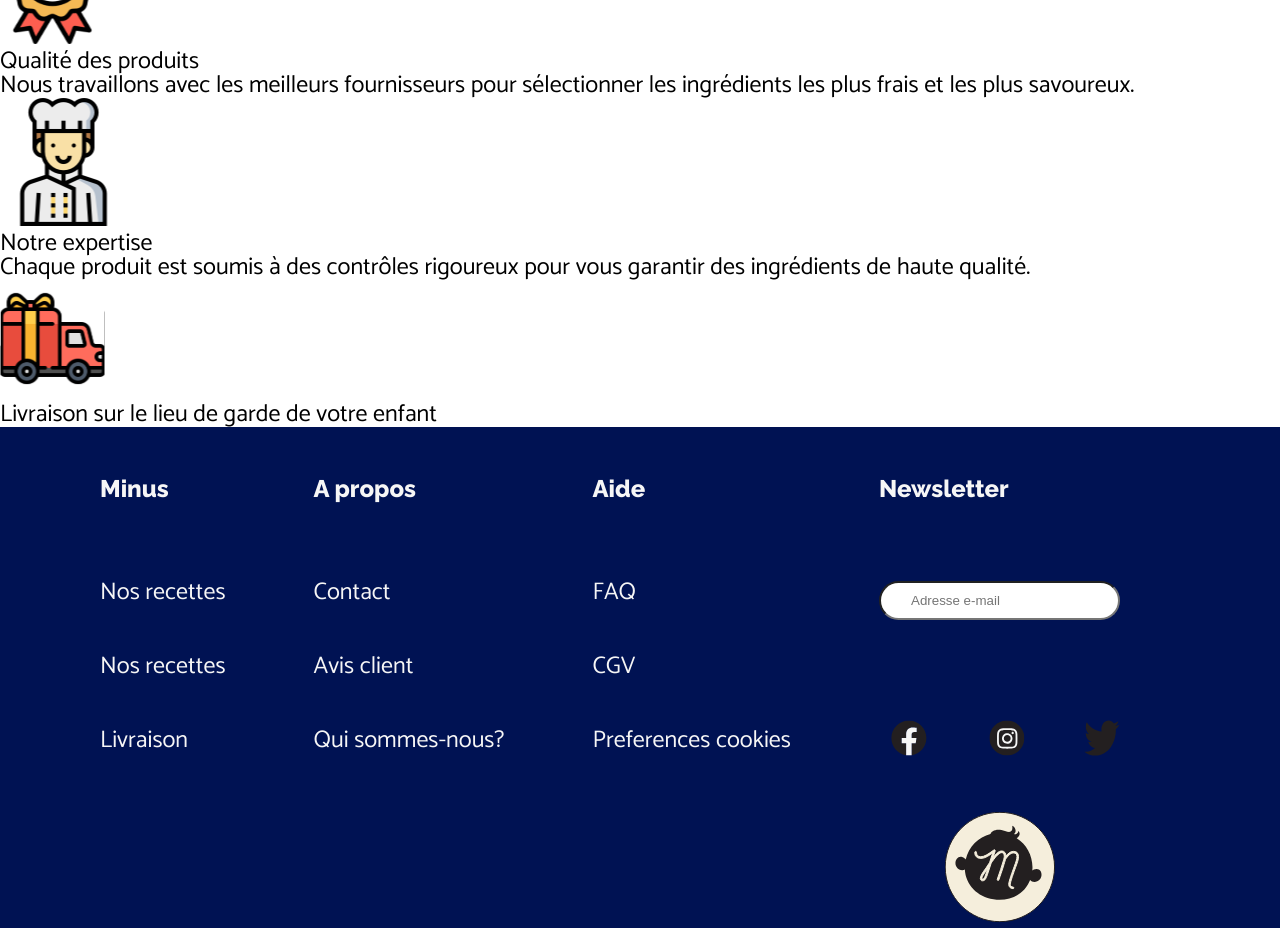
Repository: minus-team7/minus_team7
Page: minus_homepage.html
An editor plug-in stored every save of this project. The page is shown before and after a run of saves, followed by the edit.
The browser window is 1280 px wide. The pictures show the part of the page from y = 403 to 1355 px (the page is 1331 px tall before and 1355 px after).
A picture or video elsewhere on the page could not be fetched, so the positions and the page height are approximate.

Above is the page before, as saved 2023-02-12 22:15:26.

### minus_homepage.html
<!DOCTYPE html>
<html lang="en">
<head>
    <meta charset="UTF-8">
    <meta http-equiv="X-UA-Compatible" content="IE=edge">
    <meta name="viewport" content="width=device-width, initial-scale=1.0">
    <link rel="preconnect" href="https://fonts.googleapis.com">
    <link rel="preconnect" href="https://fonts.gstatic.com" crossorigin>
    <link href="https://fonts.googleapis.com/css2?family=Catamaran:wght@100;200;300;400;500;700&family=Raleway:ital,wght@0,100;0,400;0,600;0,800;1,100&display=swap" rel="stylesheet">
    <link rel="stylesheet" href="reset.css">
    <link rel="stylesheet" href="minus_homepage.css">
    <title>Document</title>

</head>
<body>

    <div class="box">
        <img src="/assets/homepage_boxminus.svg" alt="homepage_boxminus">
    </div>

    <div class="bouton">
        <a href="#">Nos engagements</a>
    </div>
    <section class="nos-engagements">
        <div class="engagement">
            <img src="/assets/engagement_icone_qualite_produits.svg" alt="engagement_icone_qualite_produits">
            <h2>Qualité des produits</h2>
            <p>Nous travaillons avec les meilleurs fournisseurs pour sélectionner les ingrédients les plus frais et les plus savoureux.</p>
        </div>
        <div class="engagement">
            <img src="/assets/icone_notreexpertise_chef.svg" alt="icone_notreexpertise_chef">
            <h2>Notre expertise</h2>
            <p>Chaque produit est soumis à des contrôles rigoureux pour vous garantir des ingrédients de haute qualité.</p>
        </div>
        <div class="engagement">
            <img src="/assets/icone_livraison_camion.svg" alt="icone_livraison_camion">
            <h2>Livraison sur le lieu de garde de votre enfant</h2>
        </div>






    </section>

    <!-- footer  -->
    <div class="footer">
        <ul>
            <li class="titre-footer">Minus</li>
            <li><a href="#"> Nos recettes</a></li>
            <li><a href="#"> Nos recettes</a></li>
            <li><a href="#"> Livraison</a></li>
        </ul>
        <ul>
            <li class="titre-footer">A propos</li>
            <li><a href="#"> Contact</a></li>
            <li><a href="#"> Avis client</a></li>
            <li><a href="#"> Qui sommes-nous?</a></li>
        </ul>
        <ul>
            <li class="titre-footer">Aide</li>
            <li><a href="#"> FAQ</a></li>
            <li><a href="#"> CGV</a></li>
            <li><a href="#"> Preferences cookies</a></li>
        </ul>
        <ul>
            <li class="titre-footer">Newsletter</li>
            <li>
                <input class="newsletter" type="text" placeholder="Adresse e-mail">
            </li>
            <li>
                <ul class="reseaux-sociaux">
                    <li><a href="#"><img src="/assets/logo_facebook.svg" alt="fb"></a></li>
                    <li><a href="#"><img src="/assets/logo_instagram.svg" alt="insta"></a></li>
                    <li><a href="#"><img src="/assets/logo_twitter.svg" alt="twitter"></a></li>
                </ul>
            </li>
            <li class="logo-minus-footer"><a href="#"> <img src="/assets/Logo_minus_rondtête.svg" alt="logo-minus-footer"></a></li>

        </ul>


    </div>
</body>
</html>

### minus_homepage.css
/* footerr */
body{
    font-family: 'catamaran',sans-serif;
    font-size: 24px;


}

.footer{

    display: flex;
    flex-direction: row;
    justify-content: space-between;
    background-color:  #001253;
    color: #f6f6f6;
    padding: 0 100px;
    flex-wrap: wrap;
}

.footer ul{
    list-style-type: none;
    margin-right: 60px;

}

.footer ul li{
    margin-top: 50px;
}
.footer a{
    text-decoration: none;
    color: #f6f6f6;
}
.footer a:hover{
    text-decoration:underline;
    color: #E14D2A;
}
.titre-footer{
    font-weight: bold;
    margin-bottom: 80px;
    font-family: 'raleway',sans-serif;

}
.newsletter{
    padding: 10px 30px;
    border-radius: 20px
}
.reseaux-sociaux{
    width: 100%;
    display: flex;
    flex-direction: row;
    justify-content: space-between;
}
.logo-minus-footer{
    display: flex;
    justify-content: center;
}

Loaded but not shown: reset.css (common file)

After the next 8 saves:
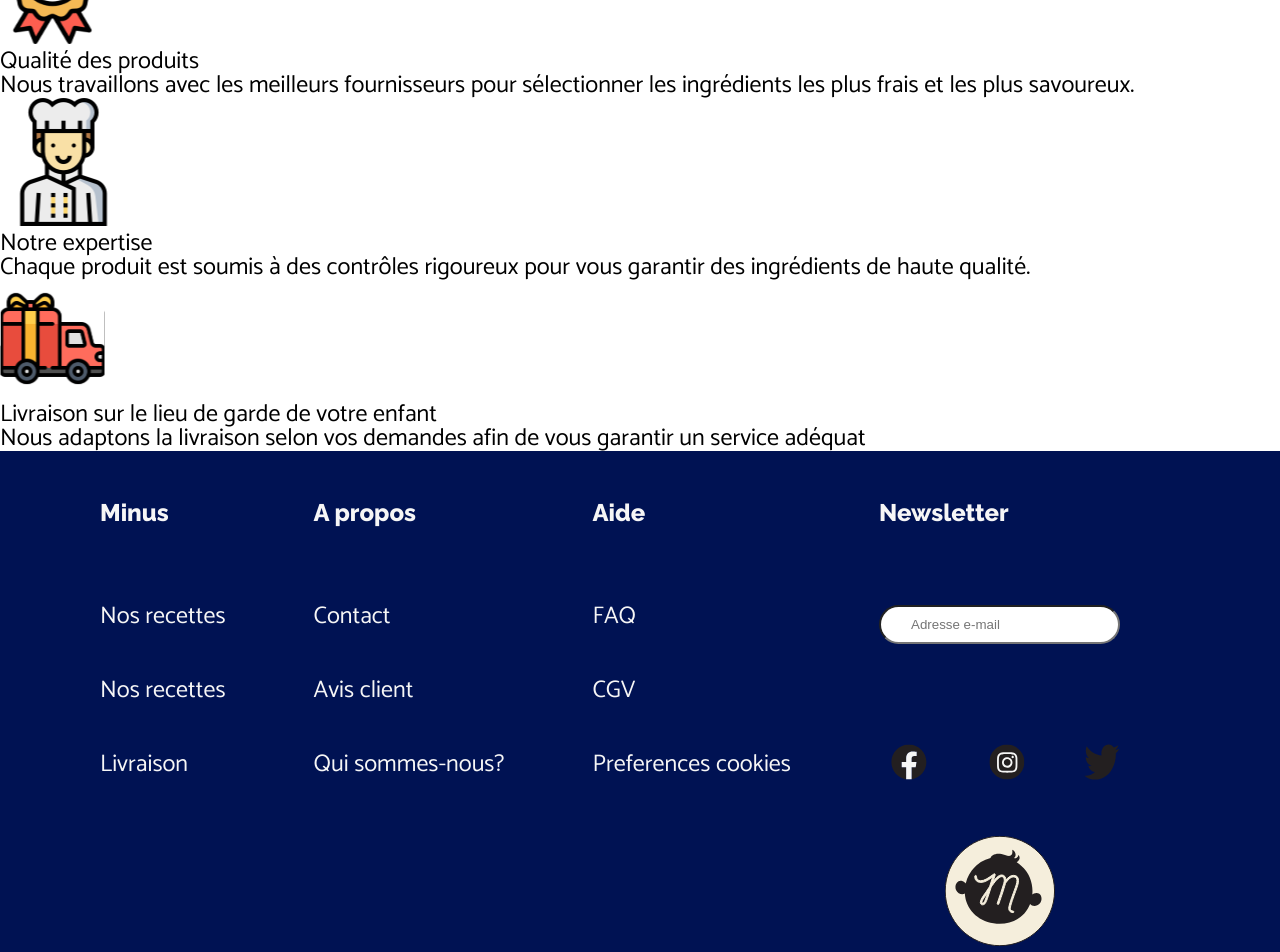
The 8 saves are shown as one change because they came seconds apart.
The last was saved 17 s later.
--- a/minus_homepage.html
+++ b/minus_homepage.html
@@ -22,20 +22,26 @@
         <a href="#">Nos engagements</a>
     </div>
     <section class="nos-engagements">
+
         <div class="engagement">
             <img src="/assets/engagement_icone_qualite_produits.svg" alt="engagement_icone_qualite_produits">
             <h2>Qualité des produits</h2>
             <p>Nous travaillons avec les meilleurs fournisseurs pour sélectionner les ingrédients les plus frais et les plus savoureux.</p>
         </div>
+
         <div class="engagement">
             <img src="/assets/icone_notreexpertise_chef.svg" alt="icone_notreexpertise_chef">
             <h2>Notre expertise</h2>
             <p>Chaque produit est soumis à des contrôles rigoureux pour vous garantir des ingrédients de haute qualité.</p>
         </div>
+
         <div class="engagement">
             <img src="/assets/icone_livraison_camion.svg" alt="icone_livraison_camion">
             <h2>Livraison sur le lieu de garde de votre enfant</h2>
+            <p>Nous adaptons la livraison selon vos demandes afin de vous garantir un service adéquat</p>
         </div>
+
+
 
 
 
